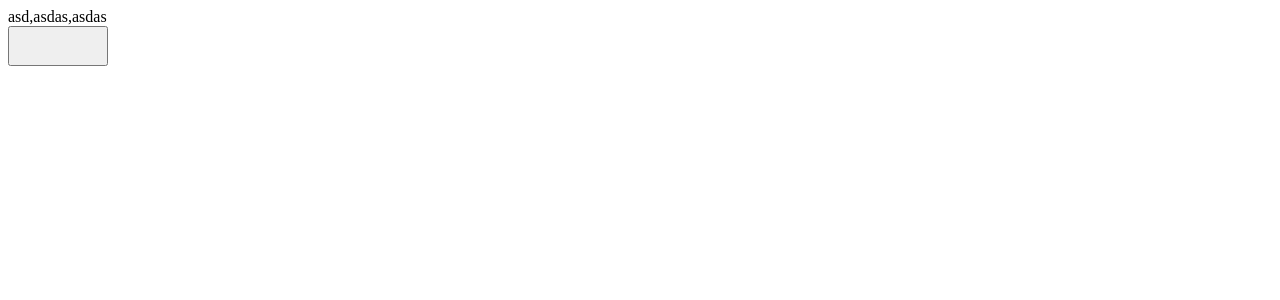
Repository: tung1233hhhhhhhhhhhhh/sadd
Page: index.html
These files come from the project's save history. The page is drawn as it stood at one moment and after the next save; the edit follows.
The browser window is 1280 px wide. The pictures show the whole page.
After loading, the first visible `button` was clicked once.

Above is the page before, as saved 2023-03-06 20:14:33.
Console error: ReferenceError: asd is not defined

After the next save:
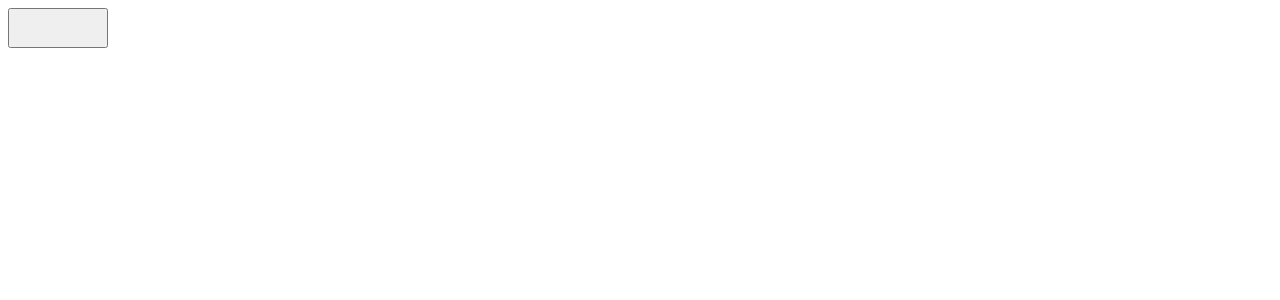
Saved 9 s later.
--- a/index.html
+++ b/index.html
@@ -25,7 +25,7 @@
     // alert("javascript");
 
     function Mylist() {
-        document.getElementById('block').innerHTML = cars;
+        // document.getElementById('block').innerHTML = cars;
         document.write(asd);
     }
 </script>
